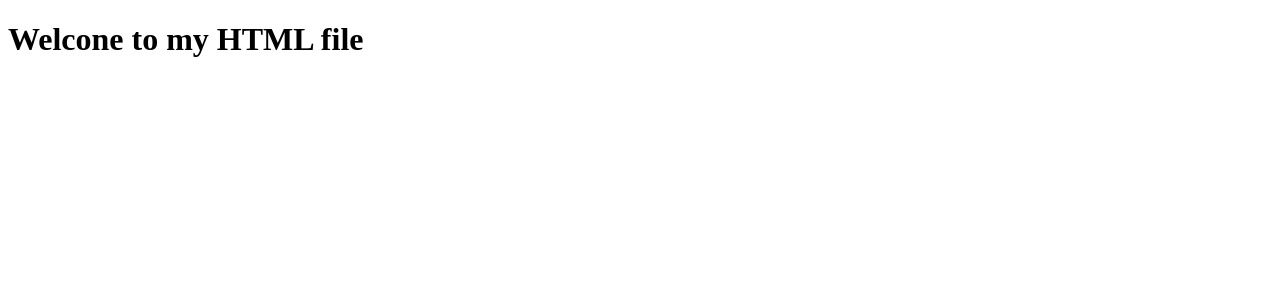
Repository: TomaszBeben/Node.js-project
Page: public/index.html
These files come from the project's save history. The page is drawn as it stood at one moment and after the next save; the edit follows.
The browser window is 1280 px wide. The pictures show the whole page.

Above is the page before, as saved 2022-04-07 16:08:00.

After the next save:
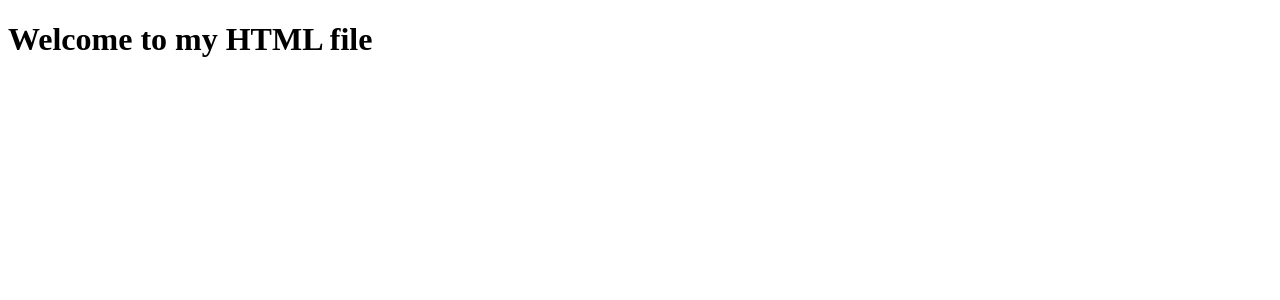
Saved 29 s later.
--- a/public/index.html
+++ b/public/index.html
@@ -9,7 +9,7 @@
 </head>
 
 <body>
-    <h1>Welcone to my HTML file</h1>
+    <h1>Welcome to my HTML file</h1>
 </body>
 
 </html>
